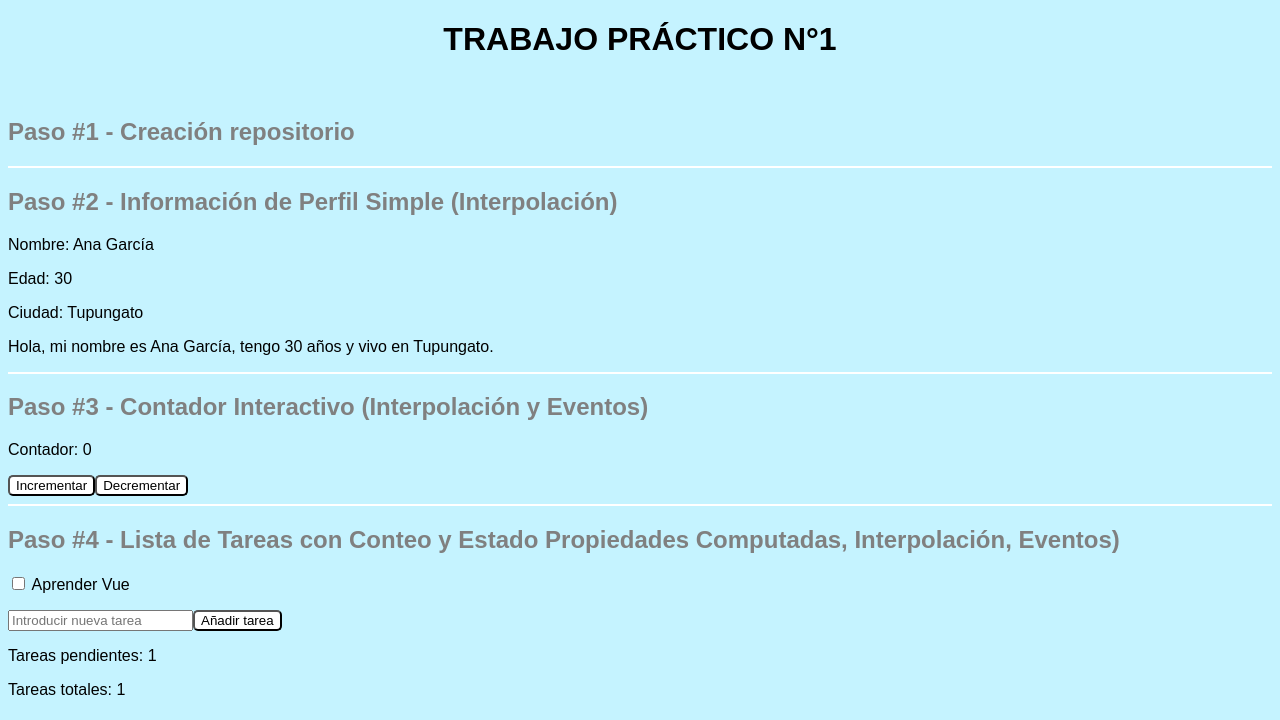
Repository: SofiaSferco/PWA
Page: practico01/index.html
An editor plug-in stored every save of this project. The page is shown before and after the next save, followed by the edit.
The browser window is 1280 px wide. The pictures show the whole page.

Above is the page before, as saved 2025-10-03 14:30:42.

### practico01/index.html
<!DOCTYPE html>
<html lang="en">
<head>
    <meta charset="UTF-8">
    <title>Trabajo Práctico 1</title>
    <script src="https://unpkg.com/vue@3/dist/vue.global.js"></script>
</head>
<body>
    <div id="app">
        <h1>TRABAJO PRÁCTICO N°1</h1>
        <br>
        <h2>Paso #1 - Creación repositorio</h2>
        <hr>
        <h2>{{ segundopaso }}</h2>
            <p>Nombre: {{ nombre }}</p>
            <p>Edad: {{ edad }}</p>
            <p>Ciudad: {{ ciudad }}</p>
            <p>Hola, mi nombre es {{ nombre }}, tengo {{ edad }} años y vivo en {{ ciudad }}.</p>
        <hr>
        <h2>{{ tercerpaso }}</h2>
            <p>Contador: {{ contador }}</p>
            <button v-on:click="contador++">Incrementar</button>
            <button @click="contador--">Decrementar</button>
        <hr>
        <h2>{{cuartopaso}}</h2>
        <ul>
            <li v-for="tarea in tareas" :key="tarea.id" :class="{tachar: tarea.completada}"><input type="checkbox" v-model="tarea.completada"> {{tarea.texto}}</li>
        </ul>
        <input v-model="nuevaTarea" placeholder="Introducir nueva tarea">
        <button @click="agregarTarea">Añadir tarea</button>
        <p>Tareas pendientes: {{tareasPendientes}}</p>
        <p>Tareas totales: {{tareasTotales}}</p>



    </div>
    <script>
        const { createApp } = Vue;
        createApp({
            data() {
                return {
                    segundopaso: 'Paso #2 - Información de Perfil Simple (Interpolación)',
                    nombre: 'Ana García',
                    edad: 30,
                    ciudad: 'Tupungato',
                    tercerpaso: 'Paso #3 - Contador Interactivo (Interpolación y Eventos)',
                    contador: 0,
                    cuartopaso: 'Paso #4 - Lista de Tareas con Conteo y Estado Propiedades Computadas, Interpolación, Eventos)',
                    nuevaTarea: '',
                    tareas: [{
                        id: 1,
                        texto: "Aprender Vue",
                        completada: false
                    }
                    ]
               }
            }, methods: {
                agregarTarea() {
                    if (this.nuevaTarea != "") { //asi como está admite espacios y permito agregar tareas vacias si uso this.nuevaTarea.trim() ahi limito eso
                        this.tareas.push({
                            id: this.tareas.length +1,
                            texto: this.nuevaTarea,
                            completada: false
                        })
                        }
                    this.nuevaTarea = '';
                    }
                }, computed: {
                    tareasPendientes() {
                        return this.tareas.filter (tarea => !tarea.completada).length;
                    },
                     tareasTotales() {
                        return this.tareas.length;
                    }
                }
            },
        ).mount('#app');
    </script>
</body>
<style>
    body {
        font-family: Arial, Helvetica, sans-serif;
        color: rgb(0, 0, 0);
        background-color: rgb(197, 243, 255);
    }
    h1{
        text-align: center;
        color: black;
    }
    h2 {
        color: gray;
    }
    hr {
        border: 1px solid #ffff;
        }
    button {
        background-color: #ffff;
        color: black;
        cursor: pointer;
        border-radius: 5px;
    }
    button:hover {
        background-color: rgb(177, 177, 240);
    }
    ul {
        list-style-type: none;
        padding-left: 0px;
    }
    .tachar{
        text-decoration: line-through;
        color: gray
    }
    input[type="checkbox"] {
        cursor: pointer;
    }
</style>
</html>

After the next save:
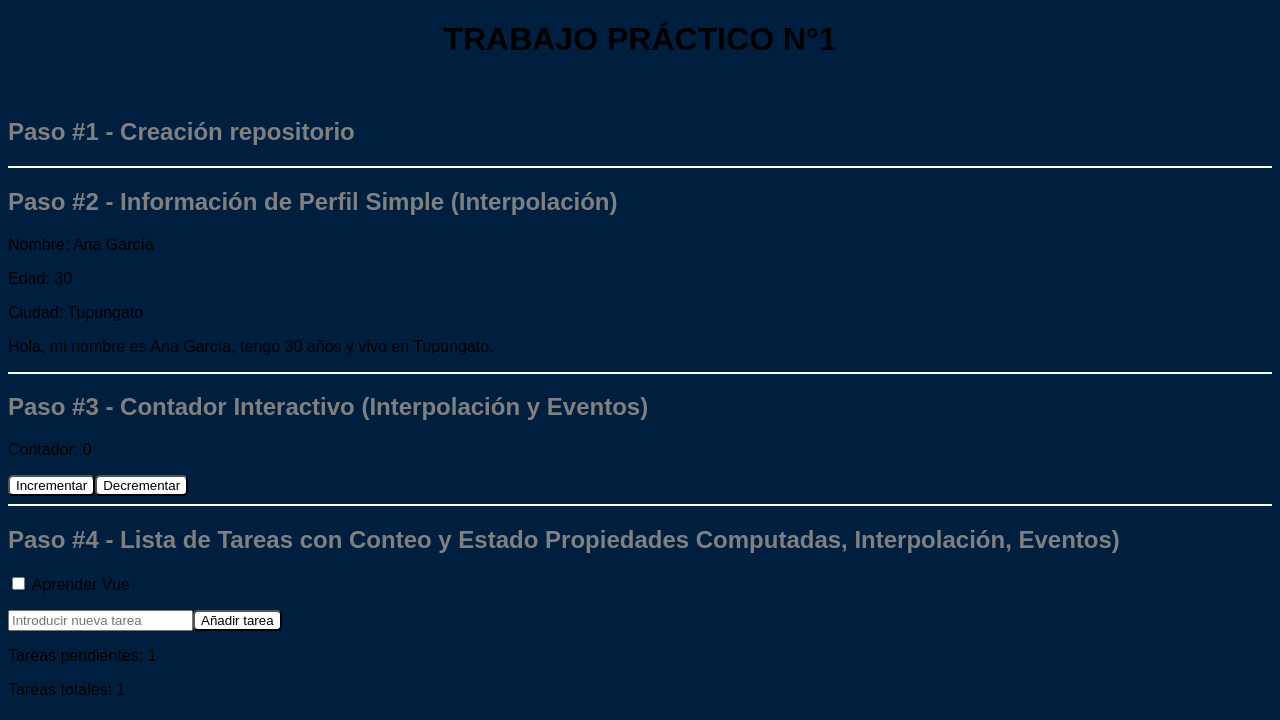
Saved 67 s later.
--- a/practico01/index.html
+++ b/practico01/index.html
@@ -81,7 +81,7 @@
     body {
         font-family: Arial, Helvetica, sans-serif;
         color: rgb(0, 0, 0);
-        background-color: rgb(197, 243, 255);
+        background-color: #001f3f;
     }
     h1{
         text-align: center;
